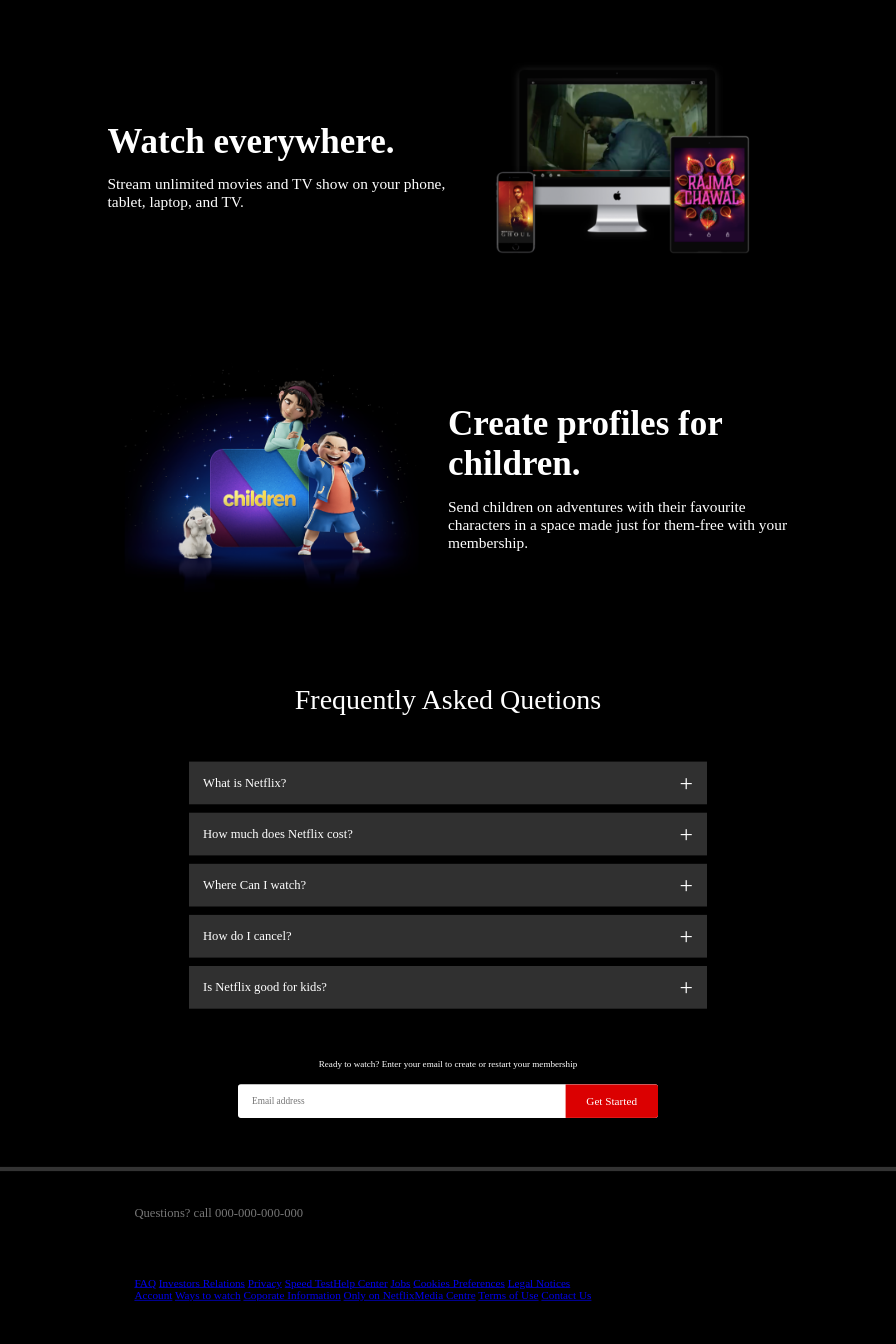
Repository: kiranjeetkaur01/netflixclone.github.io
Page: index.html
These files come from the project's save history. The page is drawn as it stood at one moment and after a run of saves; the edit follows.
The browser window is 1280 px wide. The pictures show the part of the page from y = 1640 to 3560 px (the page is 3560 px tall), at 70% of full size.

Above is the page before, as saved 2023-09-11 19:07:52.

### index.html
<!DOCTYPE html>
<html lang="en">
<head>
    <meta charset="UTF-8">
    <meta name="viewport" content="width=device-width, initial-scale=1.0">
    <title>Netflix Clone</title>
    <link rel="stylesheet" href="style.css">
</head>
<body>
   <div class="header">
<nav>
    <img src="./logo.png" alt="" class="logo">
    <div>
        <button class="language-btn">English <img src="./down-icon.png" alt=""></button>
        <button>Sign In</button>
    </div>
</nav>
<div class="header-content">
    <h1>Laughter. &nbsp;Tears.&nbsp; Thrills.&nbsp; Find it all on <br>Netflix.</h1>
    <h3>Watch anywhere. Cancel anytime.</h3>
    <p>Ready to watch? Enter your email to create or restart your membership.</p>
    <form class="email-signup">
        <input type="email" placeholder="Email address" required>
        <button type="submit">Get Started</button>
    </form>

</div>
   </div>
   <div class="features">
    <div class="row">
        <div class="text-col">
            <h2>Enjoy on your TV</h2>
            <P>Watch on smart TVs,PlayStation,Xbox,Chromecast,Apple TV,blu-ray players and more.</P>
        </div>
        <div class="img-col">
            <img src="./feature-1.png" alt="">
        </div>
    </div>
    <div class="row">
        <div class="img-col">
            <img src="./feature-2.png" alt="">
        </div>
        <div class="text-col">
            <h2>Download your shows to watch offline.</h2>
            <P>Save your favourites easily and always have something to watch.</P>
        </div>

    </div>
    <div class="row">
        <div class="text-col">
            <h2>Watch everywhere.</h2>
            <P>Stream unlimited movies and TV show on your phone, tablet, laptop, and TV.</P>
        </div>
        <div class="img-col">
            <img src="./feature-3.png" alt="">
        </div>
    </div>
    <div class="row">
        <div class="img-col">
            <img src="./feature-4.png" alt="">
        </div>
        <div class="text-col">
            <h2>Create profiles for children.</h2>
            <P>Send children on adventures with their favourite characters in a space made just for them-free with your membership.</P>
        </div>

    </div>
   </div>
   <div class="faq">
    <h2>Frequently Asked Quetions</h2>
    <ul class="accordion">
<li>
    <input type="radio" name="accordion" id="first">
    <label for="first">What is Netflix?</label>
    <div class="content">
        <p>Lorem ipsum dolor sit amet consectetur adipisicing elit. Asperiores a fuga, fugiat doloribus maiores earum porro rerum consequuntur eos dolores sint praesentium, facilis laudantium quos? Sit magni accusantium delectus minus in odit perferendis provident porro?</p>
    </div>
</li>
<li>
    <input type="radio" name="accordion" id="second">
    <label for="second">How much does Netflix cost?</label>
    <div class="content">
        <p>Lorem ipsum dolor sit amet consectetur adipisicing elit. Asperiores a fuga, fugiat doloribus maiores earum porro rerum consequuntur eos dolores sint praesentium, facilis laudantium quos? Sit magni accusantium delectus minus in odit perferendis provident porro?</p>
    </div>
</li>
<li>
    <input type="radio" name="accordion" id="third">
    <label for="third">Where Can I watch?</label>
    <div class="content">
        <p>Lorem ipsum dolor sit amet consectetur adipisicing elit. Asperiores a fuga, fugiat doloribus maiores earum porro rerum consequuntur eos dolores sint praesentium, facilis laudantium quos? Sit magni accusantium delectus minus in odit perferendis provident porro?</p>
    </div>
</li>
<li>
    <input type="radio" name="accordion" id="fourth">
    <label for="fourth">How do I cancel?</label>
    <div class="content">
        <p>Lorem ipsum dolor sit amet consectetur adipisicing elit. Asperiores a fuga, fugiat doloribus maiores earum porro rerum consequuntur eos dolores sint praesentium, facilis laudantium quos? Sit magni accusantium delectus minus in odit perferendis provident porro?</p>
    </div>
</li>
<li>
    <input type="radio" name="accordion" id="sixth">
    <label for="sixth">Is Netflix good for kids?</label>
    <div class="content">
        <p>Lorem ipsum dolor sit amet consectetur adipisicing elit. Asperiores a fuga, fugiat doloribus maiores earum porro rerum consequuntur eos dolores sint praesentium, facilis laudantium quos? Sit magni accusantium delectus minus in odit perferendis provident porro?</p>
    </div>
</li>
</ul>
<small>Ready to watch? Enter your email to create or restart your membership</small>
<form class="email-signup">
    <input type="email" placeholder="Email address" required>
    <button type="submit">Get Started</button>
</form>
   </div>
   <div class="footer">
    <h2>Questions? call 000-000-000-000</h2>
    <div class="row">
        <div class="col">
            <a href="#">FAQ</a>
            <a href="#">Investors Relations</a>
            <a href="#">Privacy</a>
            <a href="#">Speed Test</a>
        </div>
        <div class="col">
            <a href="#">Help Center</a>
            <a href="#">Jobs</a>
            <a href="#">Cookies Preferences</a>
            <a href="#">Legal Notices</a>
        </div>
        <div class="col">
            <a href="#">Account</a>
            <a href="#">Ways to watch</a>
            <a href="#">Coporate Information</a>
            <a href="#">Only on Netflix</a>
        </div>
        <div class="col">
            <a href="#">Media Centre</a>
            <a href="#">Terms of Use</a>
            <a href="#">Contact Us</a>

        </div>
    </div>
   </div>
</body>
</html>

### style.css
*{
    margin: 0;
    padding: 0;
    box-sizing: border-box;
    font-family: gilroy;
}
html,body{
    height: 100%;
    width: 100%;
}
body{
    background: #000;
    color: #fff;
}
.header{
    width: 100%;
    height: 100vh;
    background-image: linear-gradient(rgba(0,0,0,0.7),rgba(0,0,0,0.7)),url(./bg.jpg);
    background-size: cover;
    background-position: center;
    padding: 10px 8%;
    position: relative;
}
nav{
    display: flex;
    align-items: center;
    justify-content: space-between;
    padding: 10px 0;
}
.logo{
    width: 140px;
    cursor: pointer;
}
nav button{
    border: 0;
    outline: 0;
    background: #db0001;
    color: #fff;
    padding: 7px 20px;
    font-size: 12px;
    border-radius: 4px;
    margin-left: 10px;
    cursor: pointer;
}
.language-btn{
    display: inline-flex;
    align-items: center;
    background: transparent;
    border: 1px solid #fff;
    padding: 7px 10px;
}
.language-btn img{
    width: 10px;
    margin-left: 10px;
}

.header-content{
    position: absolute;
    top: 50%;
    left: 50%;
    transform: translate(-50%,-50%);
    text-align: center;
    margin-top: 60px;
}
.header-content h1{
    font-size: 35px;
    line-height: 40px;
    font-weight: 600;
    letter-spacing: 1px;
    max-width: 680px;
}
.header-content h3{
    font-weight: 400;
    margin-bottom: 20px;
}
.email-signup{
    background: #fff;
    border-radius: 4px;
display: flex;
align-items: center;
margin-top: 30px;
overflow: hidden;
}
.email-signup input{
    flex: 1;
    border: 0;
    outline: 0;
    margin-left: 20px;
}
.email-signup button{
    background: #db0001;
    border: 0;
    outline: 0;
    color: #fff;
    font-size: 16px;
    cursor: pointer;
    padding: 15px 30px;
}
/* --------features---------- */
.features{
    padding: 50px 12%;
    font-size: 22px;
}
.row{
    display: flex;
    width: 100%;
    align-items: center;
    flex-wrap: wrap;
    padding: 50px 0;
}
.text-col{
    flex-basis: 50%;
    margin-bottom: 20px;
}
.img-col{
    flex-basis: 50%;
    margin-bottom: 20px;
}
.img-col img{
    display: block;
    width: 90%;
    margin: auto;

}
.features h2{
    font-size: 50px;
    font-weight: 600;
    margin-bottom: 20px;
}
/* ----------------FAQ------------- */
.faq{
    padding: 10px 12%;
    text-align: center;
    font-size: 18px;
}
.faq h2{
    font-weight: 500;
    font-size: 40px;
}
.accordion{
    margin: 60px auto;
    width: 100%;
    max-width: 750px;
}
.accordion li{
    list-style: none;
    width: 100%;
    padding: 5px;
}
.accordion li label{
    display: flex;
    align-items: center;
    padding: 20px;
    font-size: 18px;
    font-weight: 500;
    background: #303030;
    margin-bottom: 2px;
    cursor: pointer;
    position: relative;
}
label::after{
    content:'+';
    font-size: 34px;
    position: absolute;
    right: 20px;
    transition: transform 0.5s;
}
input[type="radio"]{
    display: none;
}
.accordion .content{
    background: #303030;
    text-align: left;
    padding: 0 20px;
    max-height: 0;
    overflow: hidden;
    transition: max-height 0.5s,padding 0.5s;

}
.accordion input[type="radio"]:checked + label + .content{
    max-height: 600px;
    padding: 30px 20px;
}
.accordion input[type="radio"]:checked + label::after{
    transform: rotate(135deg);
}
.faq .email-signup{
    max-width: 600px;
    margin: 20px auto 60px;
}
.faq small{
    font-size: 13px;
}

/* -------------footer------------- */
.footer{
padding: 50px 15% 10px;
border-top: 6px solid #333;
color: #777;
}
.footer h2{
    font-size: 18px;
    font-weight: 400;
    margin-bottom: 30px;
}
.footer .col{
    flex
}

After the next 6 saves:
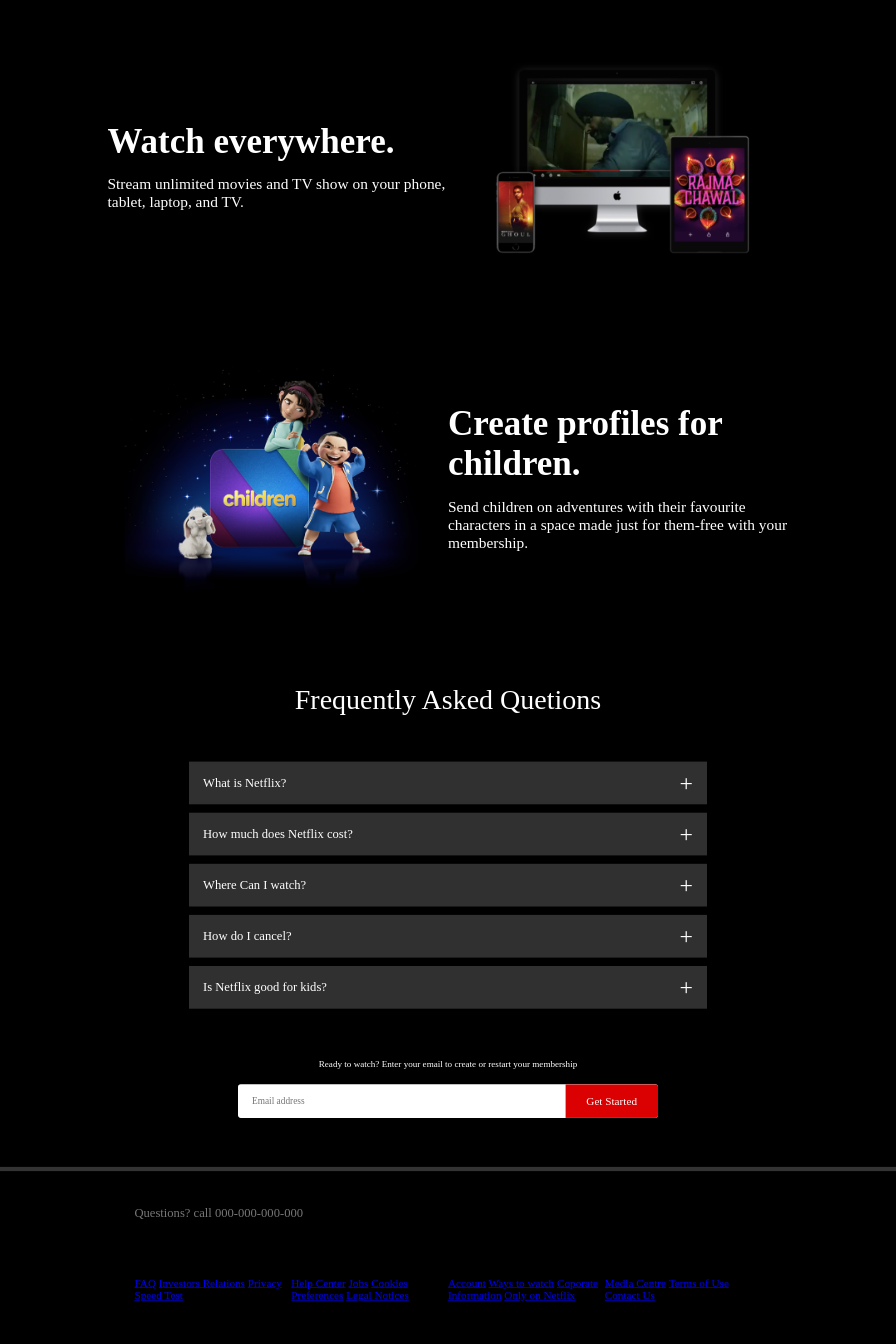
The 6 saves are shown as one change because they came seconds apart.
The last was saved 18 s later.
--- a/style.css
+++ b/style.css
@@ -204,5 +204,7 @@
     margin-bottom: 30px;
 }
 .footer .col{
-    flex
-}
+    flex-basis: 25%;
+    flex-grow: 1;
+
+}
